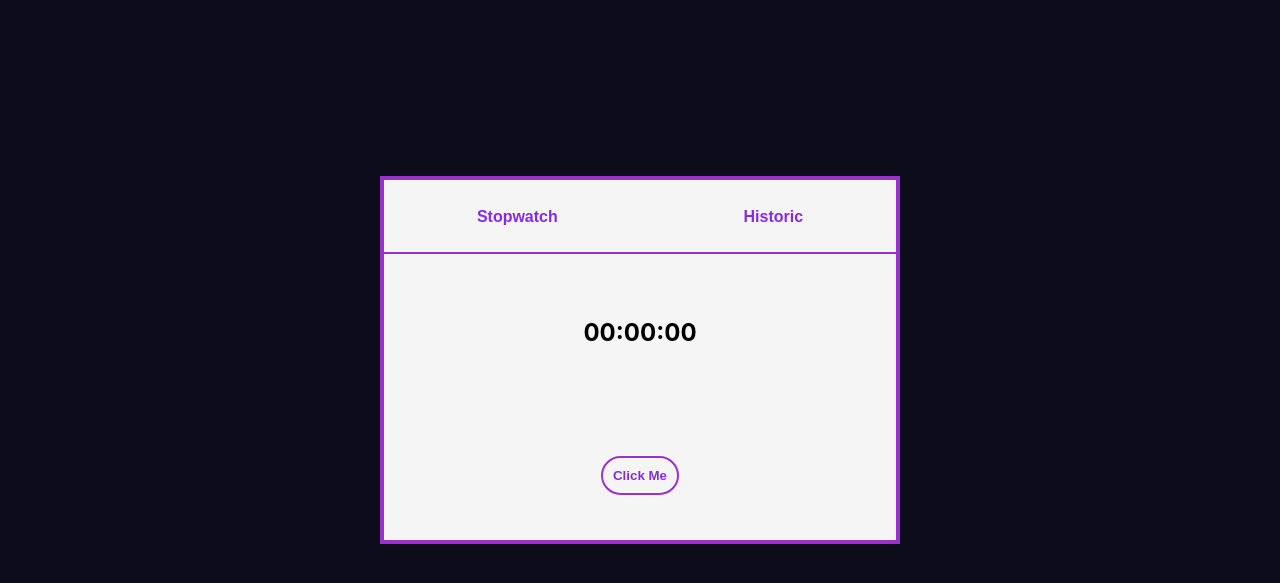
Repository: NicolasRSJ/fastdoubleclick
Page: /
An editor plug-in stored every save of this project. The page is shown before and after the next save, followed by the edit.
The browser window is 1280 px wide. The pictures show the whole page.
The project was rebuilt for these pictures with package versions that can differ from the ones it lists, and the page was loaded fresh each time.

Above is the page before, as saved 2022-10-27 22:18:30.

After the next save:
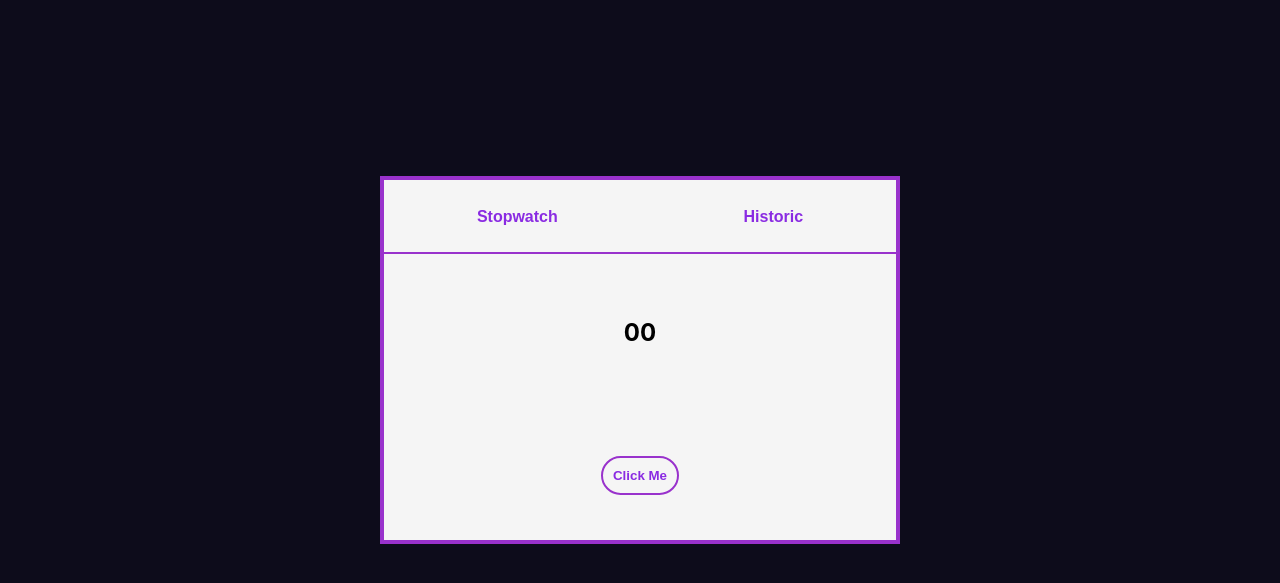
Saved 17 s later.
--- a/src/Views/Stopwatch/Index.jsx
+++ b/src/Views/Stopwatch/Index.jsx
@@ -5,6 +5,7 @@
 
     const [ time, setTime ] = useState(0)
     const [ start, setStart ] = useState(false)
+
 
     useEffect(() => {
         let interval = null;
@@ -28,8 +29,7 @@
         </nav>
         <section className="contents">
             <h1>
-                <span>{("0" + (Math.floor(time / 60) % 60)).slice(-2)}:</span>
-                <span>{("0" + (Math.floor(time / 10) % 100)).slice(-2)}:</span>
+
                 <span>{("0" + (Math.floor(time / 10) % 100)).slice(-2)}</span>
             </h1>
             <button onClick={() => {setStart(true)}}>Click Me</button>
